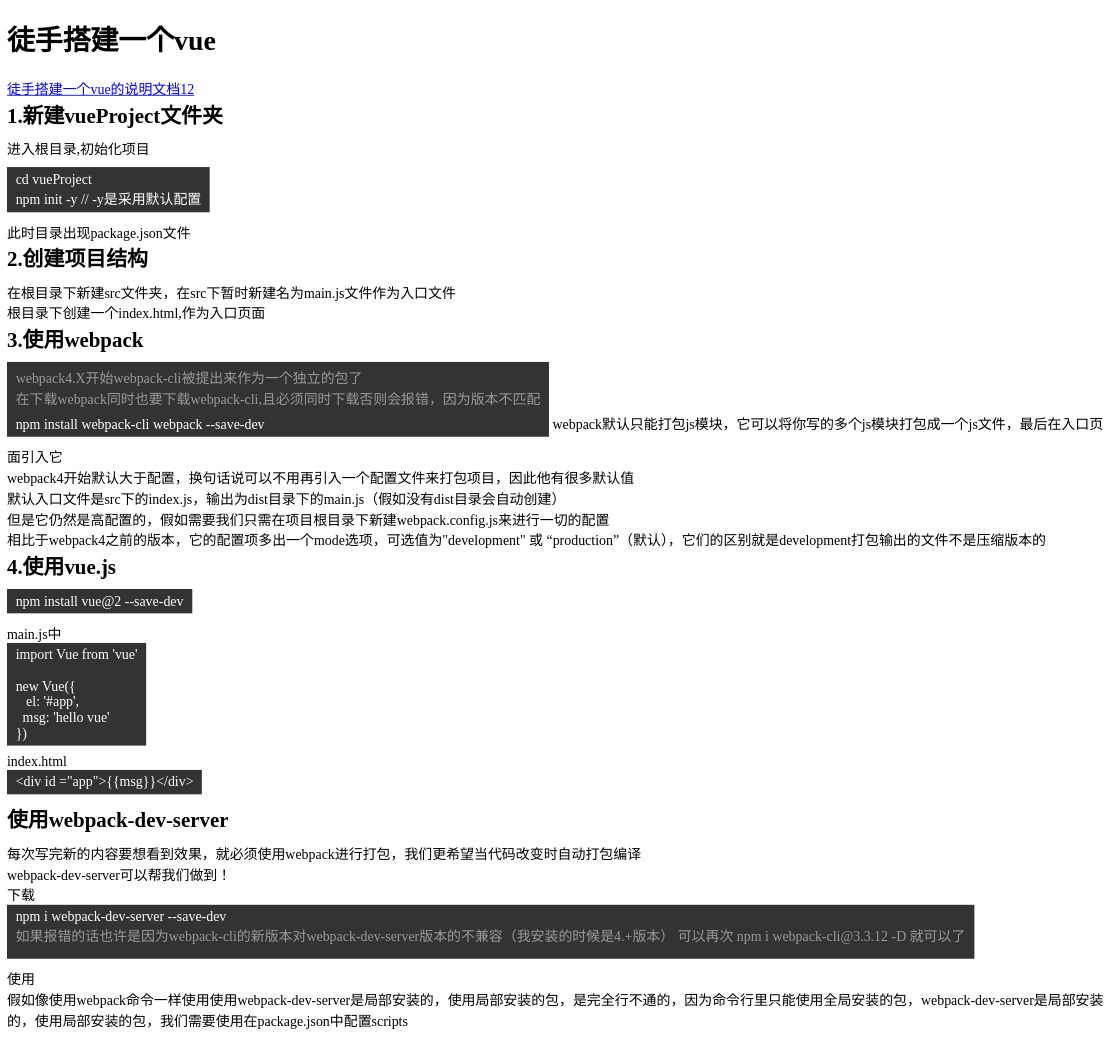
Repository: yuWhy/vue-build-cli
Page: /#/vueBuild
These files come from the project's save history. The page is drawn as it stood at one moment and after the next save; the edit follows.
The browser window is 1280 px wide. The pictures show the whole page, at 87% of full size.
The project was rebuilt for these pictures with package versions that can differ from the ones it lists, and the page was loaded fresh each time. Also part of the build but not shown: webpack.config.js, src/router/index.js.

Above is the page before, as saved 2021-02-19 16:25:59.

After the next save:
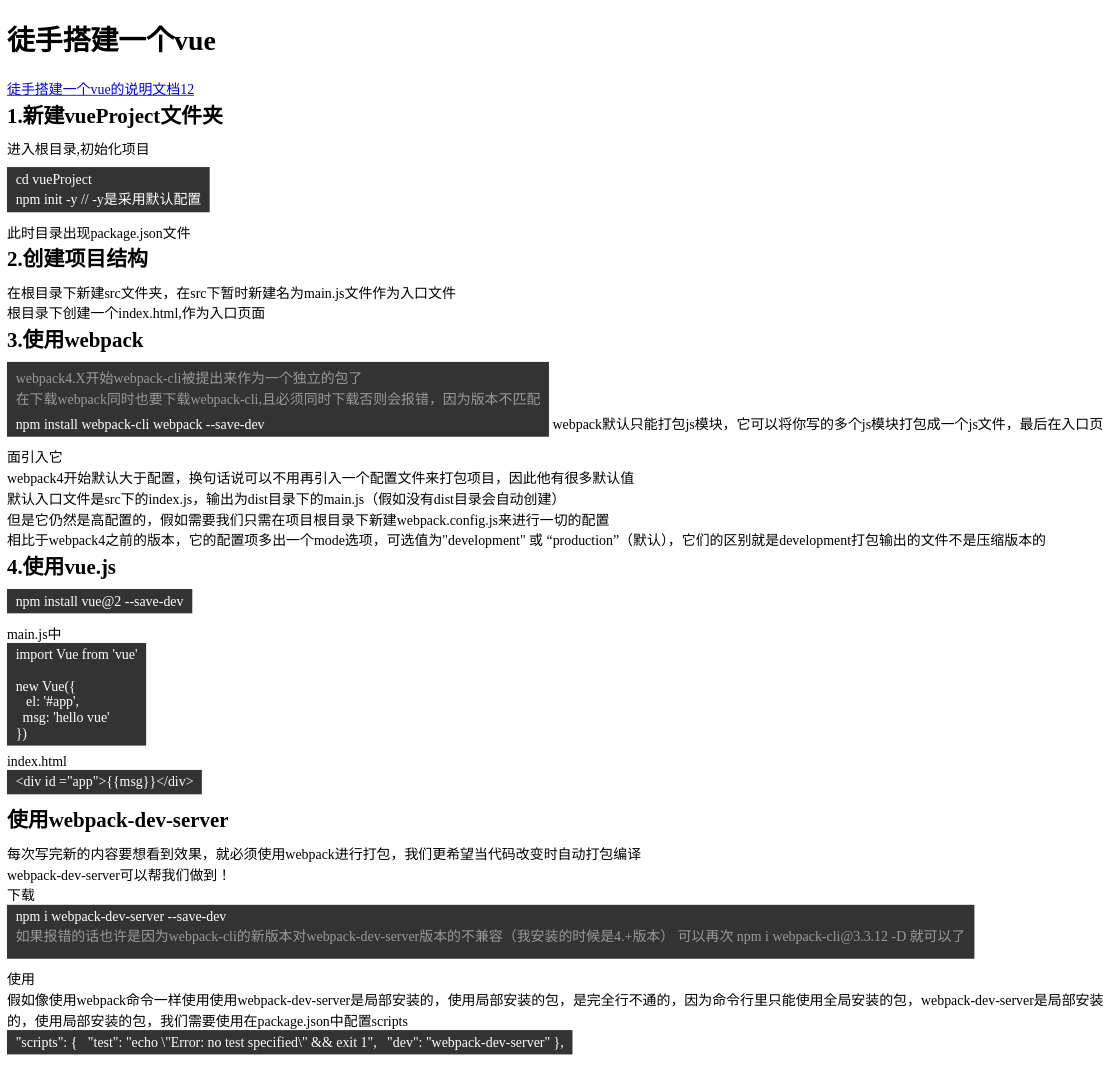
Saved 48 s later.
--- a/src/components/vue-build.vue
+++ b/src/components/vue-build.vue
@@ -44,7 +44,12 @@
     </div><br>
     使用<br>
     假如像使用webpack命令一样使用使用webpack-dev-server是局部安装的，使用局部安装的包，是完全行不通的，因为命令行里只能使用全局安装的包，webpack-dev-server是局部安装的，使用局部安装的包，我们需要使用在package.json中配置scripts<br>
-
+    <div class="dimk">
+      "scripts": {
+      &nbsp;&nbsp;"test": "echo \"Error: no test specified\" && exit 1",
+      &nbsp;&nbsp;"dev": "webpack-dev-server"
+      },
+    </div><br>
 
   </div>
 </template>
